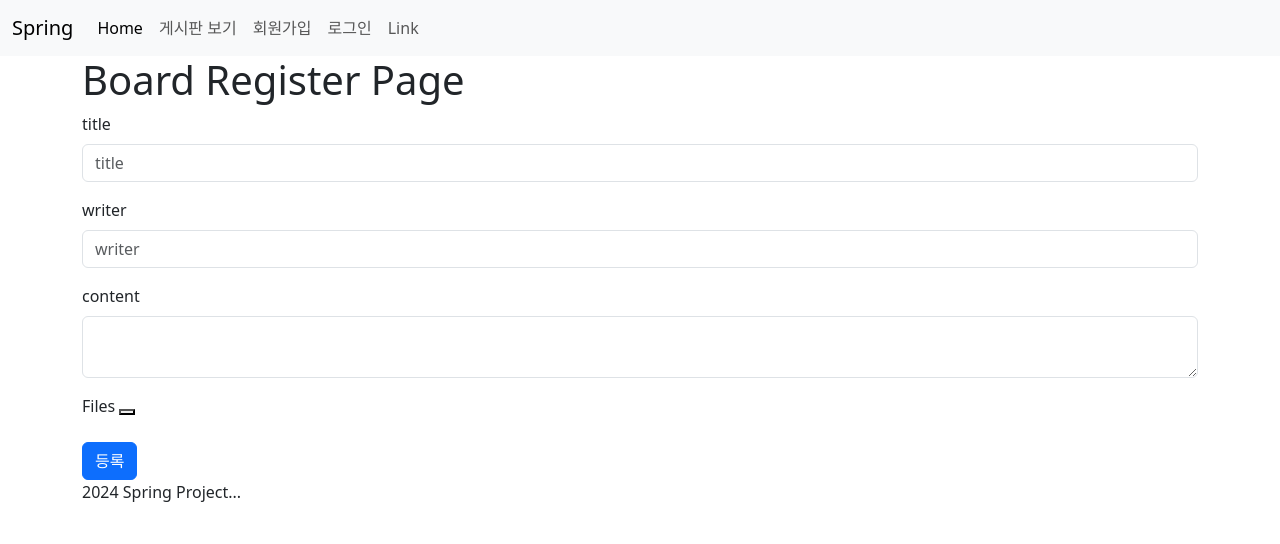
Repository: oco0217/springTest240430
Page: http://localhost/spring_study/WEB-INF/views/board/register.jsp
An editor plug-in stored every save of this project. The page is shown before and after the next save, followed by the edit.
The browser window is 1280 px wide. The pictures show the whole page.
The page is served by Tomcat 9. Nobody is signed in. The template is opened directly, without the code that normally fills it, so the values that code supplies are empty.

Above is the page before, as saved 2024-04-29 01:35:36.

### spring_study/src/main/webapp/WEB-INF/views/board/register.jsp
<%@ page language="java" contentType="text/html; charset=UTF-8"
    pageEncoding="UTF-8"%>
<jsp:include page="../layout/header.jsp" />

<div  class="container-md">
<h1>Board Register Page</h1>
<form action="/board/insert" method="post" enctype="multipart/form-data">

<div class="mb-3">
  <label for="t" class="form-label">title</label>
  <input type="text" class="form-control" id="t" placeholder="title" name="title">
</div>
<div class="mb-3">
  <label for="w" class="form-label">writer</label>
  <input type="text" class="form-control" id="w" placeholder="writer" name="writer" value="${ses.id }" readonly="readonly">
</div>
<div class="mb-3">
  <label for="w" class="form-label">content</label>
  <textarea class="form-control" id="c" name="content" aria-label="With textarea"></textarea>
</div>

<!-- 파일 입력라인 추가 -->

<div class="mb-3">
  <label for="file" class="form-label">Files</label>
  <input type="file" class="form-control" id="file" name="file" multiple="multiple" style="display: none">
  <button type="button" class=""></button>
</div>

<button type="submit" class="btn btn-primary">등록</button>

</form>
</div>
<jsp:include page="../layout/footer.jsp" />

### spring_study/src/main/webapp/WEB-INF/views/layout/header.jsp
<%@ page language="java" contentType="text/html; charset=UTF-8"
    pageEncoding="UTF-8"%>
    <%@ taglib uri="http://java.sun.com/jsp/jstl/core" prefix="c" %>
<!DOCTYPE html>
<html>
<head>
<meta charset="UTF-8">
<title>header.jsp</title>
<link href="https://cdn.jsdelivr.net/npm/bootstrap@5.3.3/dist/css/bootstrap.min.css" rel="stylesheet" integrity="sha384-QWTKZyjpPEjISv5WaRU9OFeRpok6YctnYmDr5pNlyT2bRjXh0JMhjY6hW+ALEwIH" crossorigin="anonymous">
<script src="https://cdn.jsdelivr.net/npm/bootstrap@5.3.3/dist/js/bootstrap.bundle.min.js" integrity="sha384-YvpcrYf0tY3lHB60NNkmXc5s9fDVZLESaAA55NDzOxhy9GkcIdslK1eN7N6jIeHz" crossorigin="anonymous"></script>
</head>
<body>
<nav class="navbar navbar-expand-lg bg-body-tertiary">
  <div class="container-fluid">
    <a class="navbar-brand" href="#">Spring</a>
    <button class="navbar-toggler" type="button" data-bs-toggle="collapse" data-bs-target="#navbarSupportedContent" aria-controls="navbarSupportedContent" aria-expanded="false" aria-label="Toggle navigation">
      <span class="navbar-toggler-icon"></span>
    </button>
    <div class="collapse navbar-collapse" id="navbarSupportedContent">
      <ul class="navbar-nav me-auto mb-2 mb-lg-0">
        <li class="nav-item">
          <a class="nav-link active" aria-current="page" href="/">Home</a>
        </li>
        <c:if test="${ses ne null }">
        <li class="nav-item">
          <a class="nav-link" href="/board/register">게시판 글쓰기</a>
        </li>
        </c:if>
        <li class="nav-item">
          <a class="nav-link" href="/board/list">게시판 보기</a>
        </li>
        <c:if test="${ses eq null }">
        <li class="nav-item">
          <a class="nav-link" href="/member/register">회원가입</a>
        </li>
        <li class="nav-item">
          <a class="nav-link" href="/member/login">로그인</a>
        </li>
        </c:if>
        <c:if test="${ses ne null }">
        <li class="nav-item">
          <a class="nav-link" href="/member/logout">로그아웃</a>
        </li>
        <li class="nav-item">
          <a class="nav-link" href="/member/modify">${ses.id }(${ses.email }) Welcome!!</a>
        </li>
        </c:if>
        <li class="nav-item">
          <a class="nav-link" href="http://www.google.com" target="_blank" >Link</a>
        </li>
      </ul>
    </div>
  </div>
</nav>

### spring_study/src/main/webapp/WEB-INF/views/layout/footer.jsp
<%@ page language="java" contentType="text/html; charset=UTF-8"
    pageEncoding="UTF-8"%>

<div class="container-md">
2024 Spring Project...
</div>

</body>
</html>

After the next save:
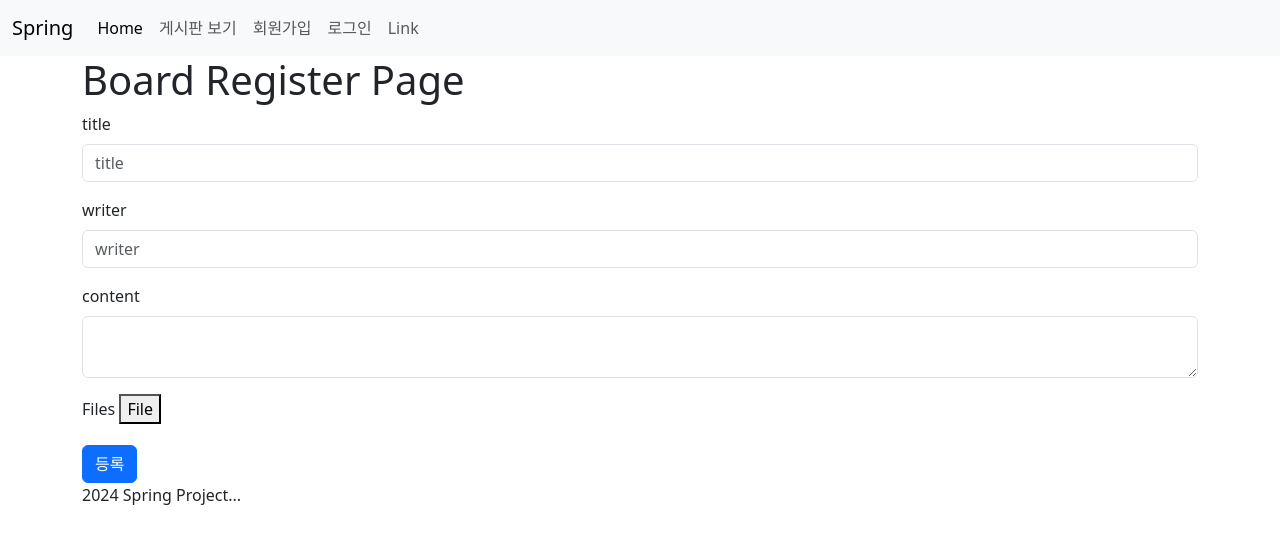
Saved 5 s later.
--- a/spring_study/src/main/webapp/WEB-INF/views/board/register.jsp
+++ b/spring_study/src/main/webapp/WEB-INF/views/board/register.jsp
@@ -24,7 +24,7 @@
 <div class="mb-3">
   <label for="file" class="form-label">Files</label>
   <input type="file" class="form-control" id="file" name="file" multiple="multiple" style="display: none">
-  <button type="button" class=""></button>
+  <button type="button" class="">File</button>
 </div>
 
 <button type="submit" class="btn btn-primary">등록</button>
